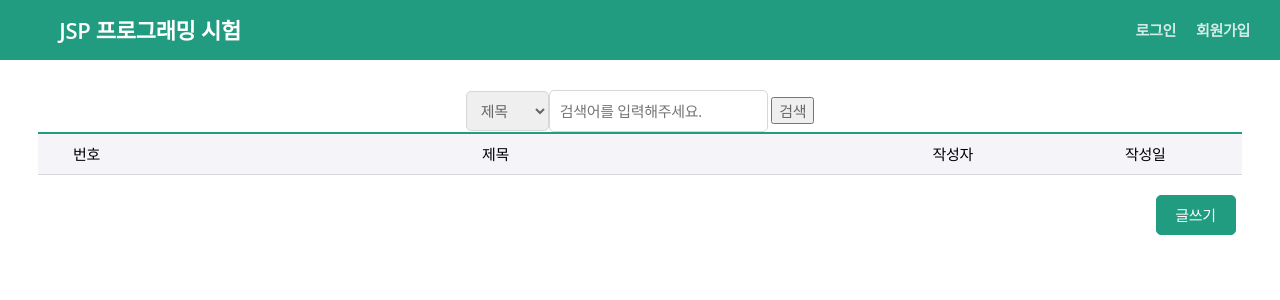
Repository: yujin149/noticeJSP
Page: http://localhost/BBS/bbs.jsp
An editor plug-in stored every save of this project. The page is shown before and after the next save, followed by the edit.
The browser window is 1280 px wide. The pictures show the whole page.
Some web libraries are served in a nearby version. The page is served by Tomcat 9. Other server files are loaded and not shown. Queries for data that is not in the repository find no rows.

Above is the page before, as saved 2024-11-29 06:43:08.

### BBS/src/main/webapp/bbs.jsp
<%@ page language="java" contentType="text/html; charset=UTF-8"
	pageEncoding="UTF-8"%>
<%@ page import="java.io.PrintWriter"%>
<%@ page import="bbs.BbsDAO"%>
<%@ page import="bbs.Bbs"%>
<%@ page import="java.util.ArrayList"%><!-- 게시판 목록을 출력하기 위해 -->
<!DOCTYPE html>
<html>
<head>
<meta charset="UTF-8">
<meta name="viewport" content="width=device-width" , initial-scale="1">
<link rel="stylesheet" href="css/reset.css">
<link rel="stylesheet" href="css/font.css">
<link rel="stylesheet" href="css/style.css">
<title>JSP 프로그래밍 시험</title>


</head>
<body>
	<div class="bbsWrap">
		<%
		String userID = null;
		if (session.getAttribute("userID") != null) {
			userID = (String) session.getAttribute("userID");
		}

		int pageNumber = 1;
		if (request.getParameter("pageNumber") != null) {
			pageNumber = Integer.parseInt(request.getParameter("pageNumber"));
		}
		%>
		<nav class="navWrap">
			<h1>
				<a href="bbs.jsp">JSP 프로그래밍 시험</a>
			</h1>

			<%
			if (userID == null) {
			%>
			<ul class="userMenu">
				<li><a href="login.jsp">로그인</a></li>
				<li><a href="join.jsp">회원가입</a></li>
			</ul>
			<%
			} else {
			%>
			<ul class="userMenu">
				<li><a href="logoutAction.jsp">로그아웃</a></li>
			</ul>
			<%
			}
			%>
		</nav>

		<div class="container">

			<div class="searchWrap">
				<form action="searchAction.jsp" method="get">
					<select name="searchField">
						<option value="bbsTitle">제목</option>
						<option value="userID">작성자</option>
					</select>
					<div class="search">
						<input type="text" name="searchText" placeholder="검색어를 입력해주세요.">
						<button type="submit" class="btn">검색</button>
					</div>
				</form>
			</div>
			<div class="tableWrap">
				<table>
					<colgroup>
						<col style="width: 8%">
						<col style="width: *">
						<col style="width: 16%">
						<col style="width: 16%">
					</colgroup>
					<thead>
						<tr>
							<th>번호</th>
							<th>제목</th>
							<th>작성자</th>
							<th>작성일</th>

						</tr>
					</thead>
					<tbody>
						<%
						BbsDAO bbsDAO = new BbsDAO();
						ArrayList<Bbs> list = bbsDAO.getList(pageNumber);
						for (int i = 0; i < list.size(); i++) {
						%>
						<tr>
							<td><%=list.get(i).getBbsNum()%></td>
							<td style="text-align: left;"><a
								href="view.jsp?bbsID=<%=list.get(i).getBbsNum()%>"> <%=list.get(i).getBbsTitle().replaceAll(" ", "&nbsp;").replaceAll("<", "&lt;").replaceAll(">", "&gt;")
		.replaceAll("\n", "<br>")%></a></td>

							<td><%=list.get(i).getUserID()%></td>
							<td><%=list.get(i).getBbsDate().substring(0, 11)%></td>
						</tr>
						<%
						}
						%>
					</tbody>

				</table>

			</div>
			<div class="btnWrap">
				<div class="prevnextBtn">
					<%
					if (pageNumber != 1) {
					%>
					<a href="bbs.jsp?pageNumber=<%=pageNumber - 1%>"
						class="btn btn-success btn-arraw-left">이전</a>
					<%
					}
					if (bbsDAO.nextPage(pageNumber + 1)) {
					%>
					<a href="bbs.jsp?pageNumber=
				<%=pageNumber + 1%>"
						class="btn btn-success btn-arraw-left">다음</a>
					<%
					}
					%>
				</div>
				<a href="write.jsp" class="btn btn-primary pull-right green-btn">글쓰기</a>
			</div>
		</div>
	</div>

	<script src="http://code.jquery.com/jquery-3.1.1.min.js"></script>
</body>
</html>

### BBS/src/main/java/bbs/BbsDAO.java
package bbs;

import java.sql.Connection;
import java.sql.DriverManager;
import java.sql.PreparedStatement;
import java.sql.ResultSet;
import java.util.ArrayList;

public class BbsDAO {
	private Connection conn;
	private ResultSet rs;

	public BbsDAO()
	{
		try
		{
			String dbURL = "jdbc:mysql://localhost:3306/testjsp";

			String dbID = "root";
			String dbPassword = "1234";
			Class.forName("com.mysql.jdbc.Driver");

			conn = DriverManager.getConnection(dbURL, dbID, dbPassword);
		}catch(Exception e)
		{
			e.printStackTrace();
		}
	}

	// 게시판 글쓰기를 위한 함수
	public String getDate()
	{
		String SQL = "SELECT NOW()";
		try {
			PreparedStatement pstmt = conn.prepareStatement(SQL);
			rs = pstmt.executeQuery();

			if(rs.next()) {
				return rs.getString(1);
			}

		} catch(Exception e) {
			e.printStackTrace();
		}
		return "";
	}

	public int getNext() // 게시글 번호 입력 함수
	{
		String SQL = "SELECT bbsNum FROM BBS ORDER BY bbsNum DESC";
		try {
			PreparedStatement pstmt = conn.prepareStatement(SQL);
			rs = pstmt.executeQuery();

			if(rs.next()) {
				return rs.getInt(1) + 1;
			}
			return 1;

		} catch(Exception e) {
			e.printStackTrace();
		}
		return -1;
	}

	public int write(String bbsTitle, String userID, String bbsContent)
	{
		String SQL = "INSERT INTO BBS VALUES (?, ?, ?, ?, ?, ?)";

		try {
			PreparedStatement pstmt = conn.prepareStatement(SQL);
			pstmt.setInt(1, getNext());
			pstmt.setString(2, bbsTitle);
			pstmt.setString(3, userID);
			pstmt.setString(4, getDate());
			pstmt.setString(5, bbsContent);
			pstmt.setInt(6, 1);

			return pstmt.executeUpdate();

		} catch(Exception e) {
			e.printStackTrace();
		}
		return -1;
	}

	public ArrayList<Bbs> getList(int pageNumber)
	{
		String SQL = "SELECT * FROM BBS WHERE bbsNum < ?  AND bbsAvailable = 1 ORDER BY bbsNum DESC LIMIT 10";

		ArrayList<Bbs> list = new ArrayList<Bbs>();
		try {
			PreparedStatement pstmt = conn.prepareStatement(SQL);
			pstmt.setInt(1, getNext() - (pageNumber - 1) * 10);

			rs = pstmt.executeQuery();

			while(rs.next()) {
				Bbs bbs = new Bbs();
				bbs.setBbsNum(rs.getInt(1));
				bbs.setBbsTitle(rs.getString(2));
				bbs.setUserID(rs.getString(3));
				bbs.setBbsDate(rs.getString(4));
				bbs.setBbsContent(rs.getString(5));
				bbs.setBbsAvailable(rs.getInt(6));
			    list.add(bbs);
			}
		} catch(Exception e) {
			e.printStackTrace();
		}
		return list;
	}

	public boolean nextPage(int pageNumber)
	{
		String SQL = "SELECT * FROM BBS WHERE bbsNum < ?  AND bbsAvailable = 1 ORDER BY bbsNUm DESC LIMIT 10";

		try {
			PreparedStatement pstmt = conn.prepareStatement(SQL);
			pstmt.setInt(1, getNext() - (pageNumber - 1) * 10);

			rs = pstmt.executeQuery();

			if(rs.next()) {
				return true;
			}
		} catch(Exception e) {
			e.printStackTrace();
		}
		return false;
	}

	public Bbs getBbs(int bbsNum) {
		String SQL = "SELECT * FROM BBS WHERE bbsNum = ?";
		try {
			PreparedStatement pstmt = conn.prepareStatement(SQL);
	        pstmt.setInt(1, bbsNum);
	        rs = pstmt.executeQuery();

			if(rs.next()) {
	            Bbs bbs = new Bbs();
	            bbs.setBbsNum(rs.getInt(1));
	            bbs.setBbsTitle(rs.getString(2));
	            bbs.setUserID(rs.getString(3));
	            bbs.setBbsDate(rs.getString(4));
	            bbs.setBbsContent(rs.getString(5));
	            bbs.setBbsAvailable(rs.getInt(6));
	            return bbs;
	        }
		} catch(Exception e) {
	        e.printStackTrace();
	    }
		return null;
	}

	public int update(int bbsNum, String bbsTitle, String bbsContent) {
		String SQL = "UPDATE BBS SET bbsTitle = ?, bbsContent =? WHERE bbsNum = ?";
		try {
			PreparedStatement pstmt = conn.prepareStatement(SQL);
			pstmt.setString(1, bbsTitle);
			pstmt.setString(2, bbsContent);
			pstmt.setInt(3, bbsNum);
			return pstmt.executeUpdate();
		}catch(Exception e){
			e.printStackTrace();
		}
		return -1;
	}

	public int delete(int bbsNum) {
		String SQL = "UPDATE BBS SET bbsAvailable = 0 WHERE bbsNum = ?";
		try {
			PreparedStatement pstmt = conn.prepareStatement(SQL);
			pstmt.setInt(1, bbsNum);
			return pstmt.executeUpdate();
		}catch(Exception e){
			e.printStackTrace();
		}
		return -1;
	}


	public ArrayList<Bbs> getSearch(String searchField, String searchText) {
	    String SQL = "";
	    ArrayList<Bbs> list = new ArrayList<Bbs>();

	    try {
	        if(searchField.equals("bbsTitle")) {
	            SQL = "SELECT * FROM BBS WHERE bbsTitle LIKE ? AND bbsAvailable = 1 ORDER BY bbsNum DESC";
	        } else if(searchField.equals("userID")) {
	            SQL = "SELECT * FROM BBS WHERE userID LIKE ? AND bbsAvailable = 1 ORDER BY bbsNum DESC";
	        }

	        PreparedStatement pstmt = conn.prepareStatement(SQL);
	        pstmt.setString(1, "%" + searchText + "%");
	        rs = pstmt.executeQuery();

	        while(rs.next()) {
	            Bbs bbs = new Bbs();
	            bbs.setBbsNum(rs.getInt(1));
	            bbs.setBbsTitle(rs.getString(2));
	            bbs.setUserID(rs.getString(3));
	            bbs.setBbsDate(rs.getString(4));
	            bbs.setBbsContent(rs.getString(5));
	            bbs.setBbsAvailable(rs.getInt(6));
	            list.add(bbs);
	        }
	    } catch(Exception e) {
	        e.printStackTrace();
	    }
	    return list;
	}

}

### BBS/src/main/webapp/css/reset.css
@charset "UTF-8";

html, body, div, span, applet, object, iframe,
h1, h2, h3, h4, h5, h6, p, blockquote, pre,
a, abbr, acronym, address, big, cite, code,
del, dfn, em, img, ins, kbd, q, s, samp,
small, strike, strong, sub, sup, tt, var,
b, u, i, center,
dl, dt, dd, ol, ul, li,
fieldset, form, label, legend,
table, caption, tbody, tfoot, thead, tr, th, td,
article, aside, canvas, details, embed,
figure, figcaption, footer, header, hgroup,
menu, nav, output, ruby, section, summary,
time, mark, audio, video {
	margin: 0;
	padding: 0;
	border: 0;
	font-size: 100%;
	font: inherit;
	vertical-align: inherit;
	box-sizing:border-box;
	transition:all .3s;
}
/* HTML5 display-role reset for older browsers */
article, aside, details, figcaption, figure,
footer, header, hgroup, menu, nav, section {
	display: block;
}
body {
	line-height: 1;
}
ol, ul {
	list-style: none;
}
blockquote, q {
	quotes: none;
}
blockquote:before, blockquote:after,
q:before, q:after {
	content: '';
	content: none;
}
table {
	border-collapse: collapse;
	border-spacing: 0;
}

button,
input,
select,
textarea {
	font-family: inherit; /* 1 */
	font-size: 100%; /* 2 */
	margin: 0; /* 3 */
}

button,
input {
	line-height: normal;
}

button,
select {
	text-transform: none;
}

button,
html input[type="button"], /* 1 */
input[type="reset"],
input[type="submit"] {
	-webkit-appearance: button; /* 2 */
	cursor: pointer; /* 3 */
}

button[disabled],
html input[disabled] {
	cursor: default;
    background: #f5f5f5;
    color:#666;
}

input[type="checkbox"],
input[type="radio"] {
	box-sizing: border-box; /* 1 */
	padding: 0; /* 2 */
}

input[type="search"] {
	-webkit-appearance: textfield; /* 1 */
	-moz-box-sizing: content-box;
	-webkit-box-sizing: content-box; /* 2 */
	box-sizing: content-box;
}

input[type="search"]::-webkit-search-cancel-button,
input[type="search"]::-webkit-search-decoration {
	-webkit-appearance: none;
}

button::-moz-focus-inner,
input::-moz-focus-inner {
	border: 0;
	padding: 0;
}

textarea {
	overflow: auto; /* 1 */
	vertical-align: top; /* 2 */
}
a {text-decoration:none;}
address {font-style:normal;}

caption {display:none}

### BBS/src/main/webapp/css/font.css
@charset "UTF-8";

@font-face {
    font-family: "Noto Sans KR";
    src: url('https://fonts.googleapis.com/css2?family=Noto+Sans+KR:wght@100;300;400;500;700;900&display=swap');
         unicode-range: U+AC00-D7A3;
        }

@font-face {
    font-family: 'roboto';
    src: url('https://fonts.googleapis.com/css2?family=Roboto:wght@100;300;400;500;700;900&display=swap');
         unicode-range: U+0030-0039;
}


html, body, table, input, textarea, nav, button, div, p, span,
#main_wrap span, h1, h2, h3, h4, h6, tr, td, ol, ul, li, select, pre {
    font-size:15px;
    font-family:"Noto Sans KR","roboto","Open Sans",Malgun Gothic,"맑은 고딕",AppleGothic,Dotum,"돋움",sans-serif;
    color:#666;letter-spacing: -0.3px; font-weight: 400;
}


.notosanskr {
 font-family: 'Noto Sans KR', sans-serif;
}

.roboto {
 font-family: 'roboto', sans-serif;
}

### BBS/src/main/webapp/css/style.css
@charset "UTF-8";
.bbsWrap{width:100%; margin:0 auto;}
.navWrap{width:100%; height:60px; background:#219c80; display:flex;
justify-content: space-between; align-items: center;padding: 0 30px;}
.navWrap h1 a{color:#fff; font-size:22px; font-weight:600; display:flex;
justify-content: center; align-items: center; width:240px; height:60px;}

.navWrap .userMenu{display:flex; justify-content: flex-end; align-items: center;}
.navWrap .userMenu a{color:rgba(255,255,255,0.8); font-size:15px; padding:0 10px;
font-weight:600;}
.navWrap .userMenu li:last-child a{padding-right:0;}
.navWrap .userMenu li.active a{color:#fff;}
.navWrap .userMenu a:hover{color:#fff;}


.bbsWrap .container{width:94%; margin:30px auto 0;}
.bbsWrap .container .tableWrap{width:100%; border-top: 2px solid #219c80;
border-bottom: 1px solid #d7d7d7;}

.bbsWrap .container .tableWrap table{table-layout: fixed; border-collapse: collapse;
width:100%;}
.bbsWrap .container .tableWrap table tr th{display:table-cell; vertical-align:middle; padding:0 10px; background: #f4f4f9;
height: 40px; font-size: 15px; color:#000;}
.bbsWrap .container .tableWrap table tr td{display:table-cell; vertical-align:middle; padding:0 10px; font-size: 15px;
border-top: 1px solid #d7d7d7; line-height: 1.3; height: 50px; text-align: center; cursor:pointer;}

.bbsWrap .container .tableWrap table tr td a{color:#666; display:block;}

.bbsWrap .container .tableWrap table tr:hover td{background:#f4f4f9;}

.bbsWrap .container .tableWrap.writeTable table tr td{border-top:none; border-bottom:1px solid #d7d7d7; padding:0; cursor:auto;}
.bbsWrap .container .tableWrap.writeTable table tr:hover td, .bbsWrap .container .tableWrap.viewTable table tr:hover td{background:inherit;}
.bbsWrap .container .writeTable table tr td input{width:100%; height:100%; border:none; padding:0 20px; outline:none;}
.bbsWrap .container .writeTable table tr td textarea{width:100%; min-height:580px; border:none; padding:20px; outline:none;
resize:none;}

.bbsWrap .container .tableWrap.viewTable table tr th{height:50px;}
.bbsWrap .container .viewTable table tr td{cursor:auto;}
.bbsWrap .container .viewTable table tr td.tit {color:#000; background:#f4f4f9;}
.bbsWrap .container .viewTable table tr:hover td.tit {color:#000; background:#f4f4f9;}
.bbsWrap .container .viewTable table tr td.text {text-align:left;}
.bbsWrap .container .viewTable table tr td.textBox{padding:20px;}


.btnWrap{display:flex;justify-content: space-between; align-items: center; margin-top:20px;}
.btnWrap .prevnextBtn{display:flex;}
.btnWrap .btn{display:flex;justify-content: center;align-items: center;
width:50px; height:40px; background:#eee; border-radius:5px; border:1px solid #d7d7d7; color:#666; margin-right:6px;}
.btnWrap .btn:hover{background:#219c80; color:#fff; border-color:#219c80;}
.btnWrap .btn.green-btn{background:#219c80; color:#fff; width:80px; border-color:#219c80;}


/*로그인*/
.loginWrap{width:480px; margin:60px auto 0; background: #fff; box-shadow: 3px 3px 5px rgba(55, 55, 55, 0.1);
padding:60px;}
.loginWrap h2{font-size:28px; font-weight:600; text-align:center; color:#000; margin-bottom:40px;}
.loginWrap ul li{margin-bottom:10px;}
.loginWrap ul li input {width:100%; height:40px; border:1px solid #d7d7d7;
border-radius:5px; outline:none; padding:0 10px; box-sizing:border-box;}
.loginWrap .loginBtn{width:100%; background:#219c80; color:#fff; border-radius:5px;
border:1px solid #219c80; height:40px; font-size:16px; font-weight:600; height:45px;}

.loginWrap ul li input[type='radio'] {
  -webkit-appearance: none;-moz-appearance: none;appearance: none; width: 15px;
  height: 15px; border: 1px solid #d7d7d7; border-radius: 50%; outline: none;  cursor: pointer; padding:0;}
.loginWrap ul li input[type='radio']:checked { background: #219c80; border: 3px solid white; box-shadow: 0 0 0 1px #219c80;}

.loginWrap ul li.radioList{display:flex; justify-content: center; align-items:center; padding:10px 0;}
.loginWrap ul li.radioList label{display:flex; justify-content: flex-start; align-items:center; cursor:pointer;}
.loginWrap ul li.radioList label input{margin-right:5px;}
.loginWrap ul li.radioList label:first-child{margin-right:20px;}


/*검색조건*/
.searchWrap form{display:flex; justify-content: center; align-items: center;}
.searchWrap input, .searchWrap select{height:40px; border:1px solid #d7d7d7;
padding:0 10px; border-radius:5px;}

After the next save:
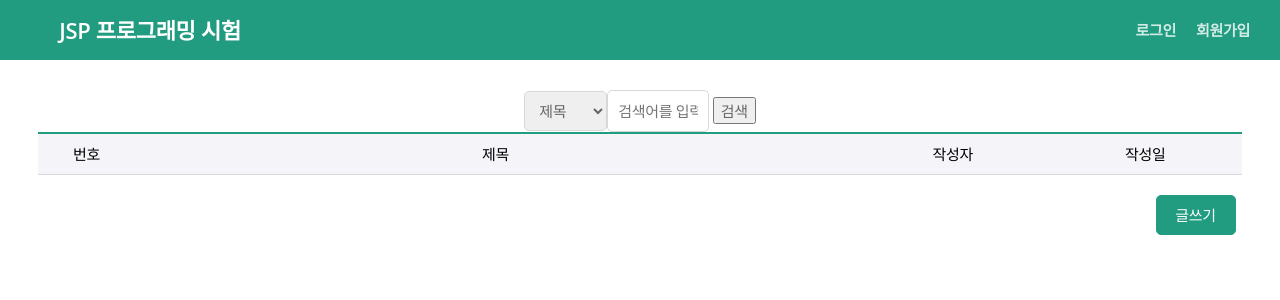
Saved 14 s later.
--- a/BBS/src/main/webapp/css/style.css
+++ b/BBS/src/main/webapp/css/style.css
@@ -75,3 +75,4 @@ border:1px solid #219c80; height:40px; font-size:16px; font-weight:600; height:4
 .searchWrap form{display:flex; justify-content: center; align-items: center;}
 .searchWrap input, .searchWrap select{height:40px; border:1px solid #d7d7d7;
 padding:0 10px; border-radius:5px;}
+.searchWrap input{width:80px;}
